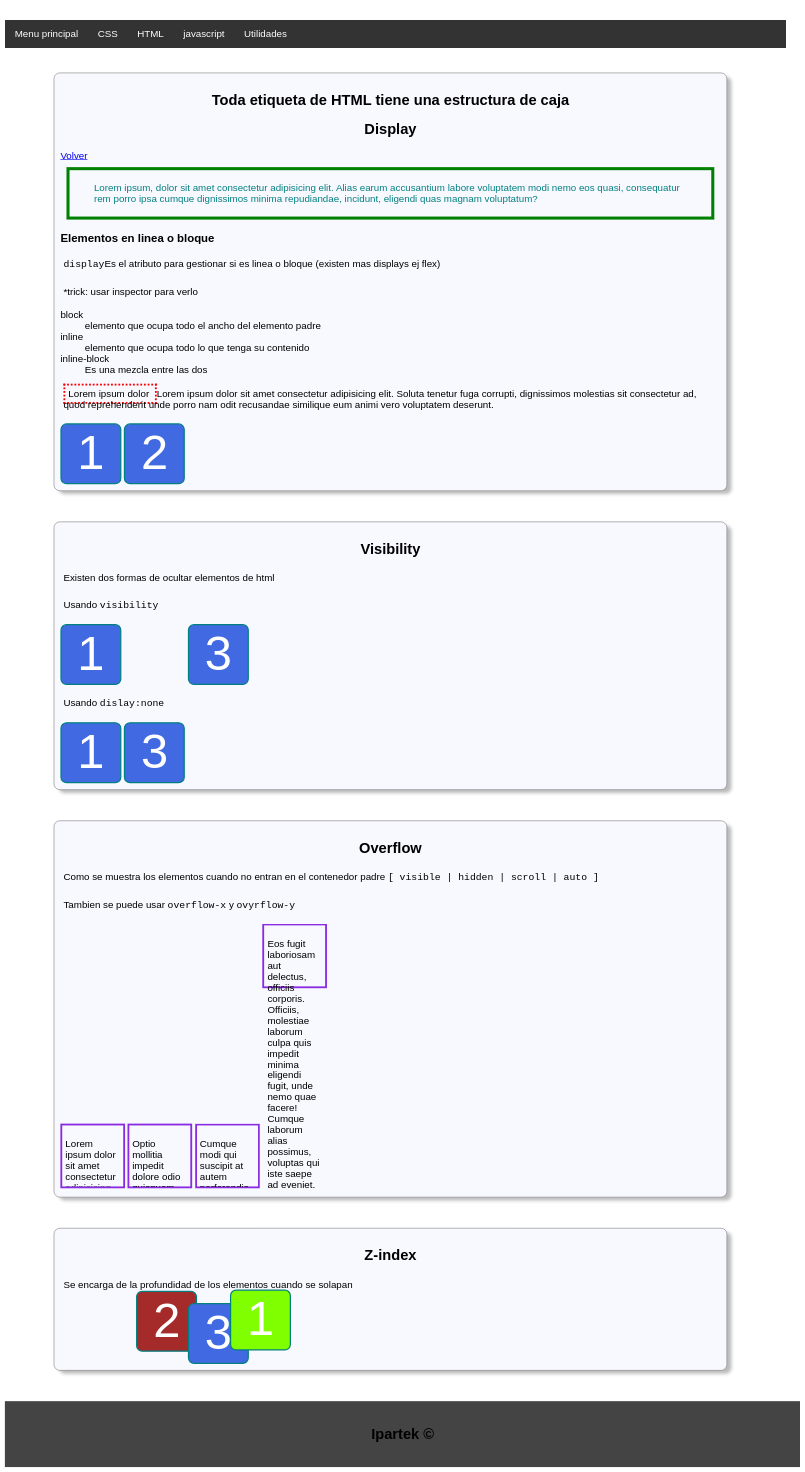
Repository: jcsanceledonio/java_2019_0396_2
Page: http://localhost/javaWebApp/ejemplos/html/box-model.jsp
These files come from the project's save history. The page is drawn as it stood at one moment and after the next save; the edit follows.
The browser window is 1280 px wide. The page is 1312 px wide, then 1320 px, so the pictures cover 1320 px, including what lies to the right of the window. The pictures show the whole page, at 61% of full size.
Some web libraries are served in a nearby version. The page is served by Tomcat 9.

Above is the page before, as saved 2019-11-20 10:57:16.

After the next save:
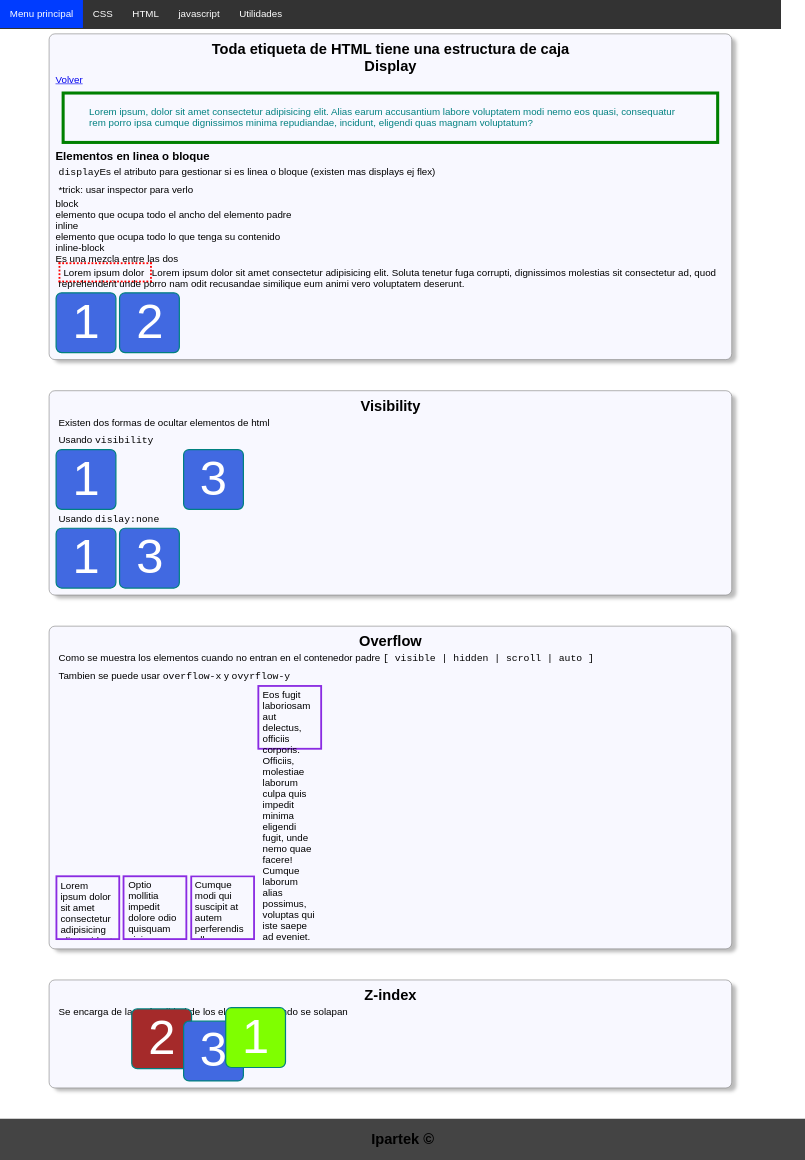
Saved 50 s later.
--- a/javaWebApp/src/main/webapp/css/styles.css
+++ b/javaWebApp/src/main/webapp/css/styles.css
@@ -7,6 +7,10 @@ esto es un comentario de bloque
 @licencia mit
  */
 
+* {
+    margin: 0;
+    padding: 0;
+}
 /* @import url("reset.css"); */
 @import url("print.css") print;
 
